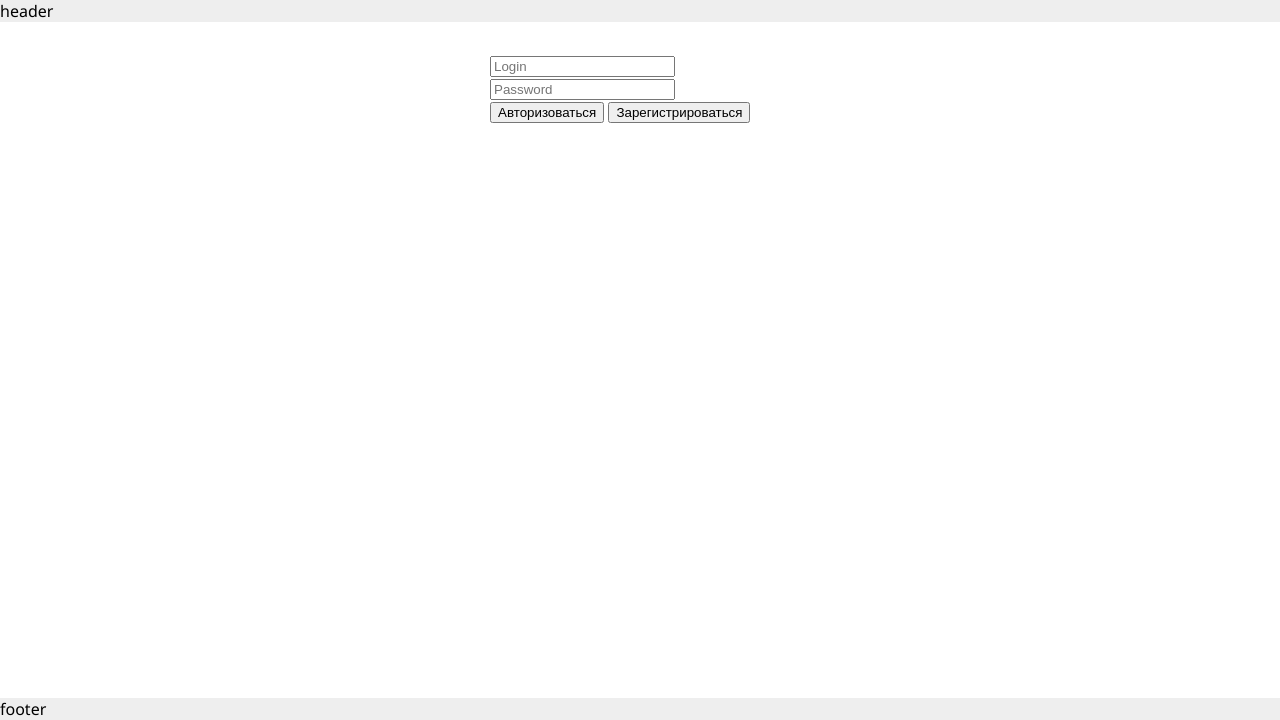
Repository: slep0y/fakeAuth
Page: index.html
These files come from the project's save history. The page is drawn as it stood at one moment and after the next save; the edit follows.
The browser window is 1280 px wide. The pictures show the whole page.
The style sheet was rebuilt from its Sass, Less or Tailwind sources for each picture, by a compiler version that may differ from the author's.

Above is the page before, as saved 2025-01-19 16:23:03.

### index.html
<!DOCTYPE html>
<html lang="ru">
<head>
    <meta charset="UTF-8">
    <meta name="viewport" content="width=device-width, initial-scale=1.0">
    <!-- <link rel="stylesheet" href="./styles/special-style.css"> -->
    <link rel="stylesheet" href="/styles/style.css">
    <title>Document</title>
</head>
<body class="page">
    <header class="header">header</header>
    <main class="main">
        <section class="auth-section">
            <div class="container">
                <div class="auth-section__inner">
                    <form action="*" class="form hidden" id="authForm">
                        <div class="fieldgroup">
                            <input id="loginName" name="loginName" type="text" class="input" placeholder="Login">
                            <input id="loginPass" name="loginPass" type="password" class="input" placeholder="Password">
                        </div>
                        <div class="controls">
                            <button id="authButton" class="button">Авторизоваться</button>
                            <button id="regButton" class="button">Зарегистрироваться</button>
                        </div>
                    </form>
                </div>
            </div>
        </section>
        <section class="content hidden">
            <div class="container">
                <div class="content__inner">
                    <h1>Приветствую</h1>
                </div>
            </div>
        </section>
    </main>
    <footer class="footer">footer</footer>

    <script src="./js/script.js"></script>
</body>
</html>

### js/script.js
let form = document.querySelector('#authForm'),
    content = document.querySelector('.content'),
    authButton = form.querySelector('#authButton'),
    regButton = form.querySelector('#regButton'),
    loginName = form.querySelector('#loginName'),
    loginPass = form.querySelector('#loginPass');

function checkAuthData(){
    if(localStorage.getItem('userAuth')){
        content.classList.remove('hidden');
    }else{
        form.classList.remove('hidden');
    }
}

function authorize(e){
    e.preventDefault();
    let name = loginName.value,
        pass = loginPass.value;
    if(localStorage.getItem('userAuth')){
        let userAuth = JSON.parse(localStorage.getItem('userAuth'));
        if(name == userAuth['name'] && pass == userAuth['pass']){
            checkAuthData();
        }
    }else{
        showMessage('Неверные: Имя и Пароль');
    }
}

function register(e){
    e.preventDefault();
    let name = loginName.value,
        pass = loginPass.value;
    if(name != '' && pass != ''){
        let userAuth = {
            name: name,
            pass: pass
        };
        localStorage.setItem('userAuth', JSON.stringify(userAuth));
        showMessage('Вы зарегистрированы! Авторизуйтесь!');
    }
}

function showMessage(text){
    console.log(text);
}

checkAuthData();
authButton.onclick = authorize;
regButton.onclick = register;

### styles/style.scss
@import "_base.scss";
@import "blocks/page/_page.scss";
@import "blocks/container/_container.scss";
@import "blocks/main/_main.scss";
@import "blocks/header/_header.scss";
@import "blocks/footer/_footer.scss";
@import "blocks/auth-section/_auth-section.scss";
@import "blocks/content/_content.scss";
@import "blocks/form/_form.scss";

### styles/_base.scss
:root{
    --segoe:'Segoe UI', Tahoma, Geneva, Verdana, sans-serif;
}
body, html {
    margin: 0;
    padding: 0;
    height: 100%;
    font-family: var(--segoe);
}
*, *::after, *::before {
    box-sizing: border-box;
}
section{
    padding-block: 2rem;
}

### styles/blocks/page/_page.scss
.page{
    display: grid;
    grid-auto-rows: min-content auto min-content;
}

### styles/blocks/container/_container.scss
.container {
    width: 100%;
    margin-inline: auto;
    max-width: 1140px;
    padding-inline: 20px;
}

### styles/blocks/main/_main.scss
.main{

}

### styles/blocks/header/_header.scss
.header{
    background-color: #eee;
}

### styles/blocks/footer/_footer.scss
.footer{
    background-color: #eee;
}

### styles/blocks/auth-section/_auth-section.scss
.auth-section{
    &__inner{
        display: grid;
        justify-content: center;
    }
}

### styles/blocks/content/_content.scss
.content{
    &.hidden{
        display: none;
    }
}

### styles/blocks/form/_form.scss
.form{
    max-width: 300px;
    display: grid;
    &.hidden{
        display: none;
    }
}

After the next save:
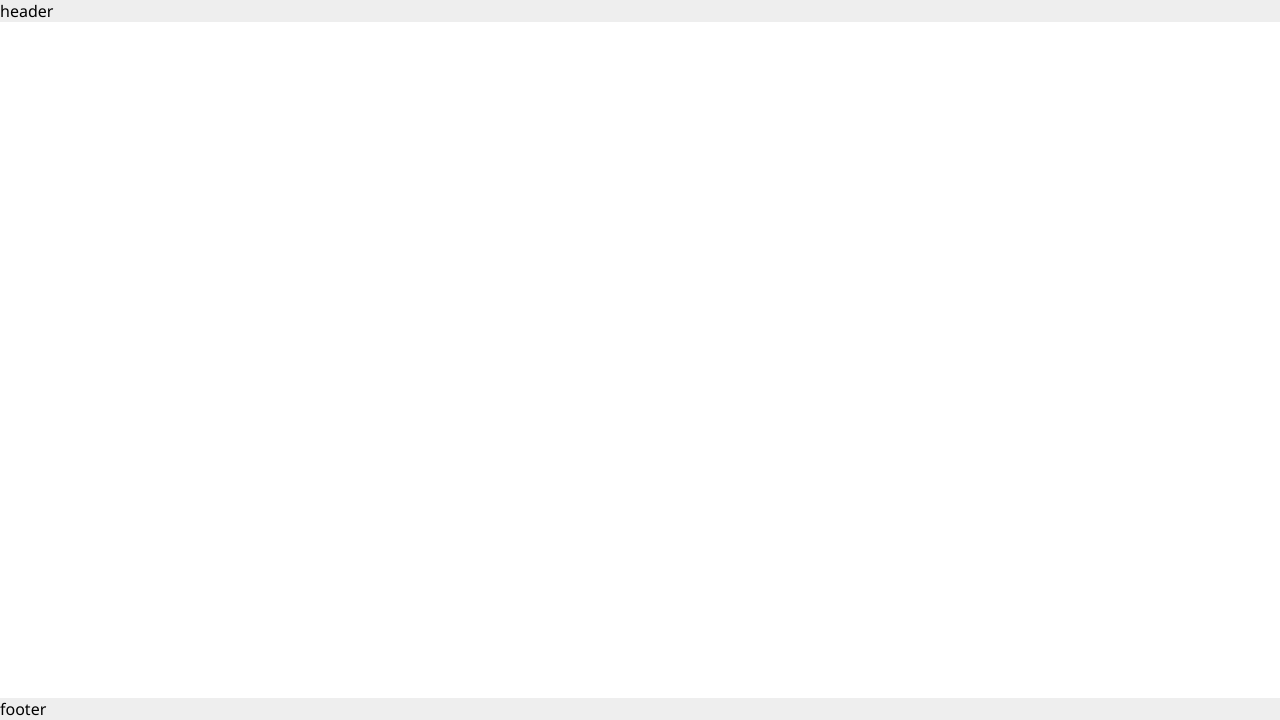
Saved 16 s later.
--- a/js/script.js
+++ b/js/script.js
@@ -45,6 +45,6 @@
     console.log(text);
 }
 
-checkAuthData();
+// checkAuthData();
 authButton.onclick = authorize;
 regButton.onclick = register;

After the 3 saves that followed:
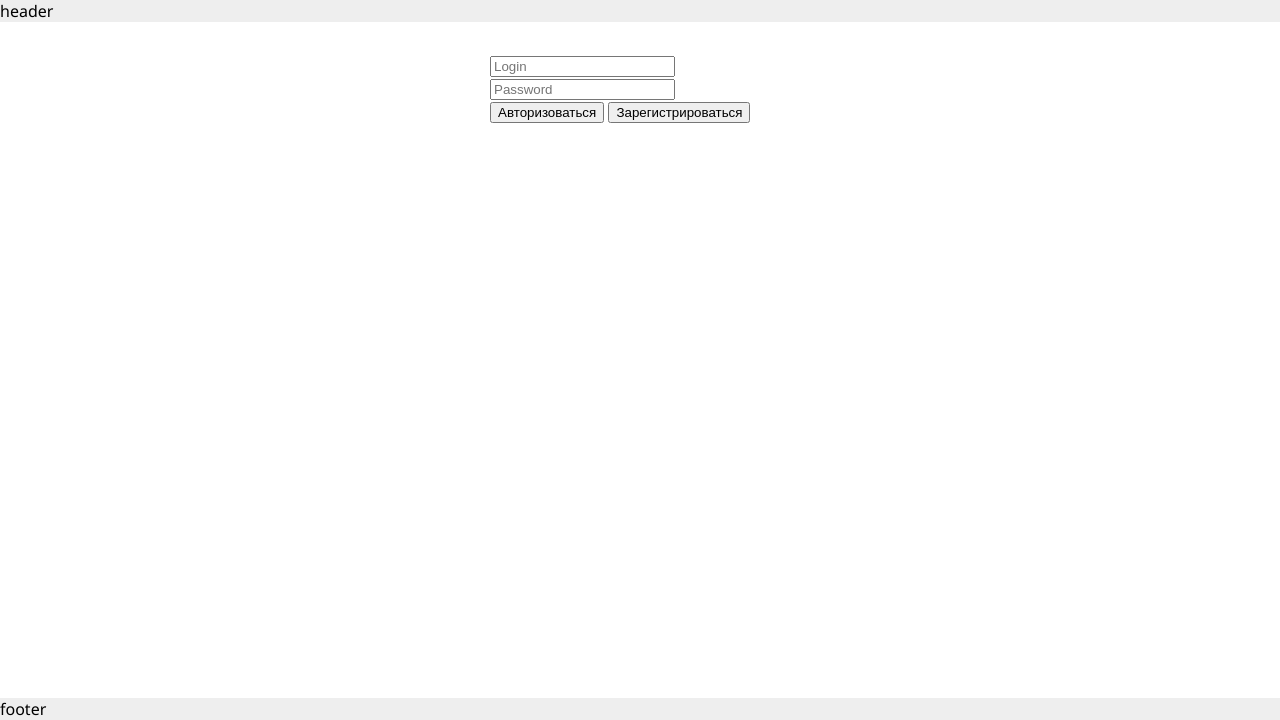
The 3 saves are shown as one change because 2 left the picture as it was.
The last was saved 9 min 50 s later.
--- a/js/script.js
+++ b/js/script.js
@@ -6,8 +6,14 @@
     loginPass = form.querySelector('#loginPass');
 
 function checkAuthData(){
-    if(localStorage.getItem('userAuth')){
-        content.classList.remove('hidden');
+    if(localStorage.getItem('authorize') && localStorage.getItem('userAuth')){
+        let authName = localStorage.getItem('authorize'),
+            regName = JSON.parse(localStorage.getItem('authorize'));
+        if(authName == regName['name']){
+            content.classList.remove('hidden');
+        }else{
+            form.classList.remove('hidden');
+        }
     }else{
         form.classList.remove('hidden');
     }
@@ -20,7 +26,7 @@
     if(localStorage.getItem('userAuth')){
         let userAuth = JSON.parse(localStorage.getItem('userAuth'));
         if(name == userAuth['name'] && pass == userAuth['pass']){
-            checkAuthData();
+            localStorage.setItem('authorize', name);
         }
     }else{
         showMessage('Неверные: Имя и Пароль');
@@ -45,6 +51,6 @@
     console.log(text);
 }
 
-// checkAuthData();
+checkAuthData();
 authButton.onclick = authorize;
 regButton.onclick = register;
